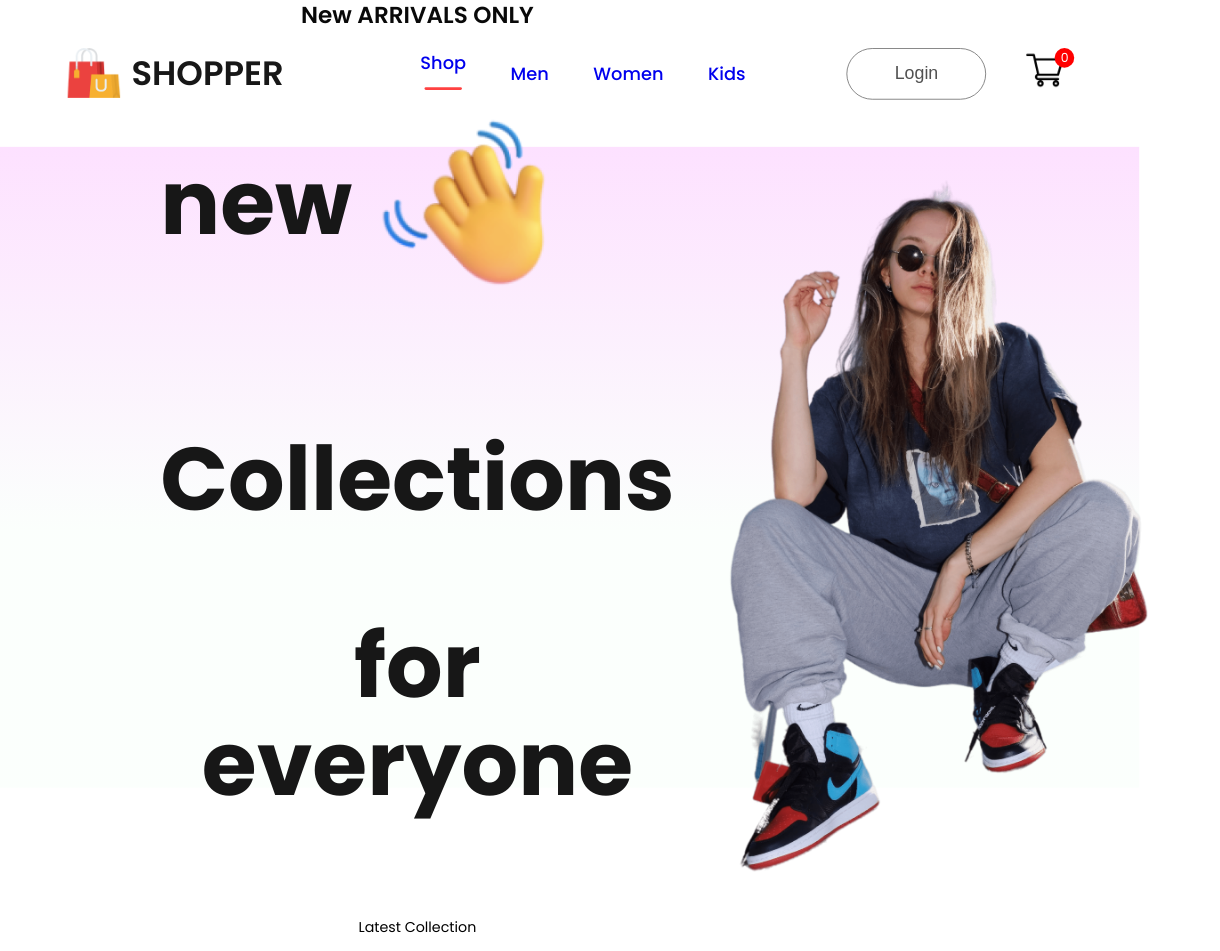
Repository: saritha55/EcommerceReactJs
Page: /
An editor plug-in stored every save of this project. The page is shown before and after the next save, followed by the edit.
The browser window is 1280 px wide. The page is 1371 px wide, so the pictures cover 1371 px, including what lies to the right of the window. The pictures show the whole page, at 89% of full size.
The project was rebuilt for these pictures with package versions that can differ from the ones it lists, and the page was loaded fresh each time. Also part of the build but not shown: src/Pages/ShopCategory.jsx, src/Pages/Product.jsx, src/Pages/Cart.jsx, src/Pages/LoginSignup.jsx.

Above is the page before, as saved 2024-12-02 14:49:31.

### public/index.html
<!DOCTYPE html>
<html lang="en">
  <head>
    <meta charset="utf-8" />
    <link rel="icon" href="%PUBLIC_URL%/favicon.ico" />
    <meta name="viewport" content="width=device-width, initial-scale=1" />
    <meta name="theme-color" content="#000000" />
    <meta
      name="description"
      content="Web site created using create-react-app"
    />
    <link rel="apple-touch-icon" href="%PUBLIC_URL%/logo192.png" />
    <!--
      manifest.json provides metadata used when your web app is installed on a
      user's mobile device or desktop. See https://developers.google.com/web/fundamentals/web-app-manifest/
    -->
    <link rel="manifest" href="%PUBLIC_URL%/manifest.json" />

    <link rel="preconnect" href="https://fonts.googleapis.com">
    <link rel="preconnect" href="https://fonts.gstatic.com" crossorigin>
    <link href="https://fonts.googleapis.com/css2?family=Poppins:ital,wght@0,100;0,200;0,300;0,400;0,500;0,600;0,700;0,800;0,900;1,100;1,200;1,300;1,400;1,500;1,600;1,700;1,800;1,900&display=swap" rel="stylesheet">
    <!--
      Notice the use of %PUBLIC_URL% in the tags above.
      It will be replaced with the URL of the `public` folder during the build.
      Only files inside the `public` folder can be referenced from the HTML.

      Unlike "/favicon.ico" or "favicon.ico", "%PUBLIC_URL%/favicon.ico" will
      work correctly both with client-side routing and a non-root public URL.
      Learn how to configure a non-root public URL by running `npm run build`.
    -->
    <title>E-commerce</title>
  </head>
  <body>
    <noscript>You need to enable JavaScript to run this app.</noscript>
    <div id="root"></div>
    <!--
      This HTML file is a template.
      If you open it directly in the browser, you will see an empty page.

      You can add webfonts, meta tags, or analytics to this file.
      The build step will place the bundled scripts into the <body> tag.

      To begin the development, run `npm start` or `yarn start`.
      To create a production bundle, use `npm run build` or `yarn build`.
    -->
  </body>
</html>

### src/index.css
body {
  margin: 0;
  font-family: -apple-system, BlinkMacSystemFont, 'Segoe UI', 'Roboto', 'Oxygen',
    'Ubuntu', 'Cantarell', 'Fira Sans', 'Droid Sans', 'Helvetica Neue',
    sans-serif;
  -webkit-font-smoothing: antialiased;
  -moz-osx-font-smoothing: grayscale;
  font-family: poppins;
}

code {
  font-family: source-code-pro, Menlo, Monaco, Consolas, 'Courier New',
    monospace;
}

### src/App.js
import './App.css';
import Navbar from './Components/Navbar/Navbar';
import { BrowserRouter, Routes,Route } from 'react-router-dom';
import Shop from './Pages/Shop';
import ShopCategory
 from './Pages/ShopCategory';
import Product from './Pages/Product';
import Cart from './Pages/Cart';
import LoginSignup from './Pages/LoginSignup';

function App() {
  return (
    <div className="App">
      <BrowserRouter>
      <Navbar />
      <Routes>
        <Route path ='/' element={<Shop/>} />
        <Route path ='/mens' element={<ShopCategory category="men"/>} />
        <Route path ='/womens' element={<ShopCategory category="women"/>} />
        <Route path ='/kids' element={<ShopCategory category="kid"/>} />
        <Route path="product" element={<Product/>}>
            <Route path=':productId' element={<Product/>} />
        </Route>
        <Route path ='/cart' element={<Cart/>} />
        <Route path ='/login' element={<LoginSignup/>} />

      </Routes>
      </BrowserRouter>
    </div>
  );
}

export default App;

### src/Components/Navbar/Navbar.jsx
import React from 'react'
import { useState } from 'react'
import './Navbar.css'
import logo from '../Assets/logo.png'
import cart_icon from '../Assets/cart_icon.png'
import { Link } from 'react-router-dom'

const Navbar = () => {

    const [menu,setMenu] = useState("shop");

  return (
    <div className='navbar'>
      <div className="nav-logo">
        <img src={logo} alt="" />
        <p>SHOPPER</p>
      </div>
      <ul className="nav-menu">
        <li onClick={()=>{setMenu("shop")}} > <Link  style={{ textDecoration: 'none'}} to='/'>Shop</Link> {menu==="shop"?<hr/>:<></>} </li>
        <li onClick={()=>{setMenu("mens")}}><Link style={{ textDecoration: 'none'}} to='/mens'>Men </Link>{menu==="mens"?<hr/>:<></>}</li>
        <li onClick={()=>{setMenu("womens")}}><Link style={{ textDecoration: 'none'}} to='/womens'>Women </Link> {menu==="womens"?<hr/>:<></>}</li>
        <li onClick={()=>{setMenu("kids")}}> <Link style={{ textDecoration: 'none'}} to='/kids'>Kids</Link> {menu==="kids"?<hr/>:<></>}</li>
      </ul>
      <div className="nav-login-cart">
        <Link to='/login'><button>Login</button></Link>
        <Link to='/cart'><img src={cart_icon} alt="" /></Link>
        <div className="nav-cart-count">0</div>
      </div>
    </div>
  )
}

export default Navbar

### src/Pages/Shop.jsx
import React from 'react'
import Hero from '../Components/Hero/Hero'

const Shop = () => {
  return (
    <div>
      <Hero/>
    </div>
  )
}

export default Shop

### src/Components/Navbar/Navbar.css
.navbar{
    display: flex;
    justify-content: space-around;
    padding: 16px;
    box-shadow: 0 1px 3px -2px black;
}

.nav-logo{
    display: flex;
    align-items: center;
    gap: 10px;
}
.nav-logo p{
    color: #171717;
    font-size: 38px;
    font-weight: 600;
}
.nav-menu{
    display: flex;
    align-items: center;
    list-style: none;
    gap: 50px;
    color: #626262;
    font-size: 20px;
    font-weight: 500;
}
.nav-menu li{
    display: flex;
    flex-direction: column;
    align-items: center;
    gap: 3px;
    cursor: pointer;
}
.nav-menu hr{
    border: none;
    width: 80%;
    height: 3px;
    border-radius: 10px;
    background: #ff4141;
}
.nav-login-cart{
    display: flex;
    align-items: center;
    gap: 45px;
}
.nav-login-cart button{
    width: 157px;
    height: 58px;
    outline: none;
    border: 1px solid #7a7a7a;
    border-radius: 75px;
    color: #515151;
    font-size: 20px;
    font-weight: 500;
    background: white;
    cursor: pointer;

}
.nav-login-cart button:active{
    background: #f3f3f3;
}
.nav-cart-count{
    width: 22px;
    height: 22px;
    display: flex;
    justify-content: center;
    align-items: center;
    margin-top: -35px;
    margin-left: -55px;
    border-radius: 11px;
    font-size: 14px;
    background: red;
    color: white;
}

### src/Components/Hero/Hero.jsx
import React from 'react'
import './Hero.css'
import hand_icon from '../Assets/hand_icon.png'
import arrow_icon from '../Assets/arrow.png'
import hero_image from '../Assets/hero_image.png'

const Hero = () => {
  return (
    <div className='hero'>
      <div className="hero-left">
        <h2>New ARRIVALS ONLY</h2>
        <div>
            <div className="hero-hand-icon">
                <p>new</p>
                <img src={hand_icon} alt="" />
            </div>
            <p>Collections</p>
            <p>for everyone</p>
        </div>
        <div className="hero-latest-btn">
            <div>Latest Collection</div>
            <img src={arrow_icon} alt="" />
        </div>
      </div>
      <div className="hero-right">
        <img src={hero_image} alt="" />

      </div>
    </div>
  )
}

export default Hero

### src/Components/Hero/Hero.css
.hero{
    height: 100vh;
    background: linear-gradient(180deg, #fde1ff, #e1ffea22 60%);
    display: flex;

}
.hero-left{
    flex: 1;
    display: flex;
    flex-direction: column;
    justify-content: center;
    gap: 20px;
    padding-left: 180px;
    line-height: 1.1;

}
.hero-left h2{
    color: #090909;
    font-size: 26px;
    font-weight: 600;
}
.hero-left p{
    color: #171717;
    font-size: 100px;
    font-weight: 700;
}
.hero-hand-icon{
   display: flex;
   align-items: center;
   gap: 20px;
}

Loaded but not shown: src/index.js (common file); src/reportWebVitals.js (common file); src/App.css (common file)

After the next save:
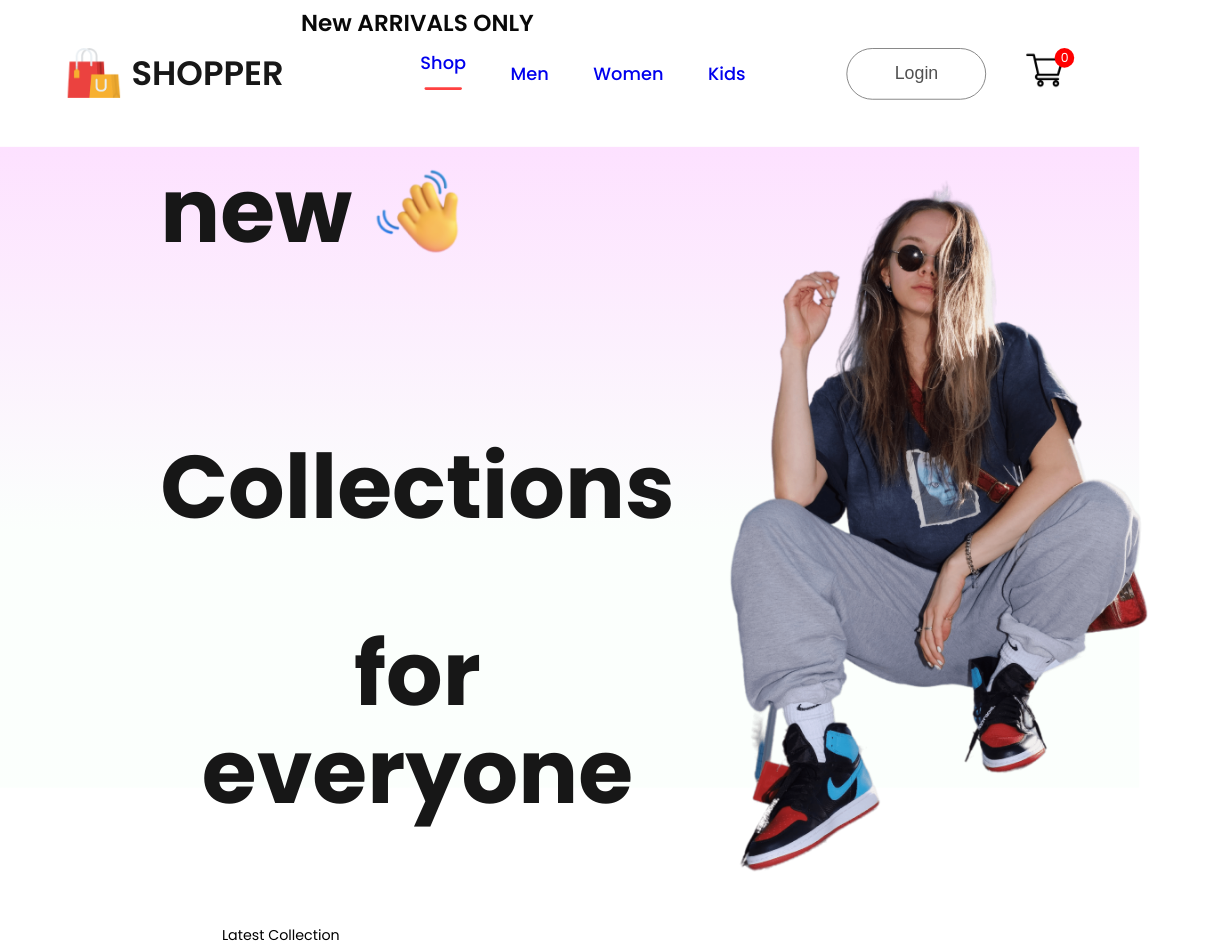
Saved 104 s later.
--- a/src/Components/Hero/Hero.css
+++ b/src/Components/Hero/Hero.css
@@ -29,3 +29,15 @@
    align-items: center;
    gap: 20px;
 }
+.hero-hand-icon img{
+    width: 105px;
+}
+.hero-latest-btn{
+    display: flex;
+    justify-content: center;
+    align-items: center;
+    gap: 15px;
+    width: 310px;
+    height: 70px;
+
+}
